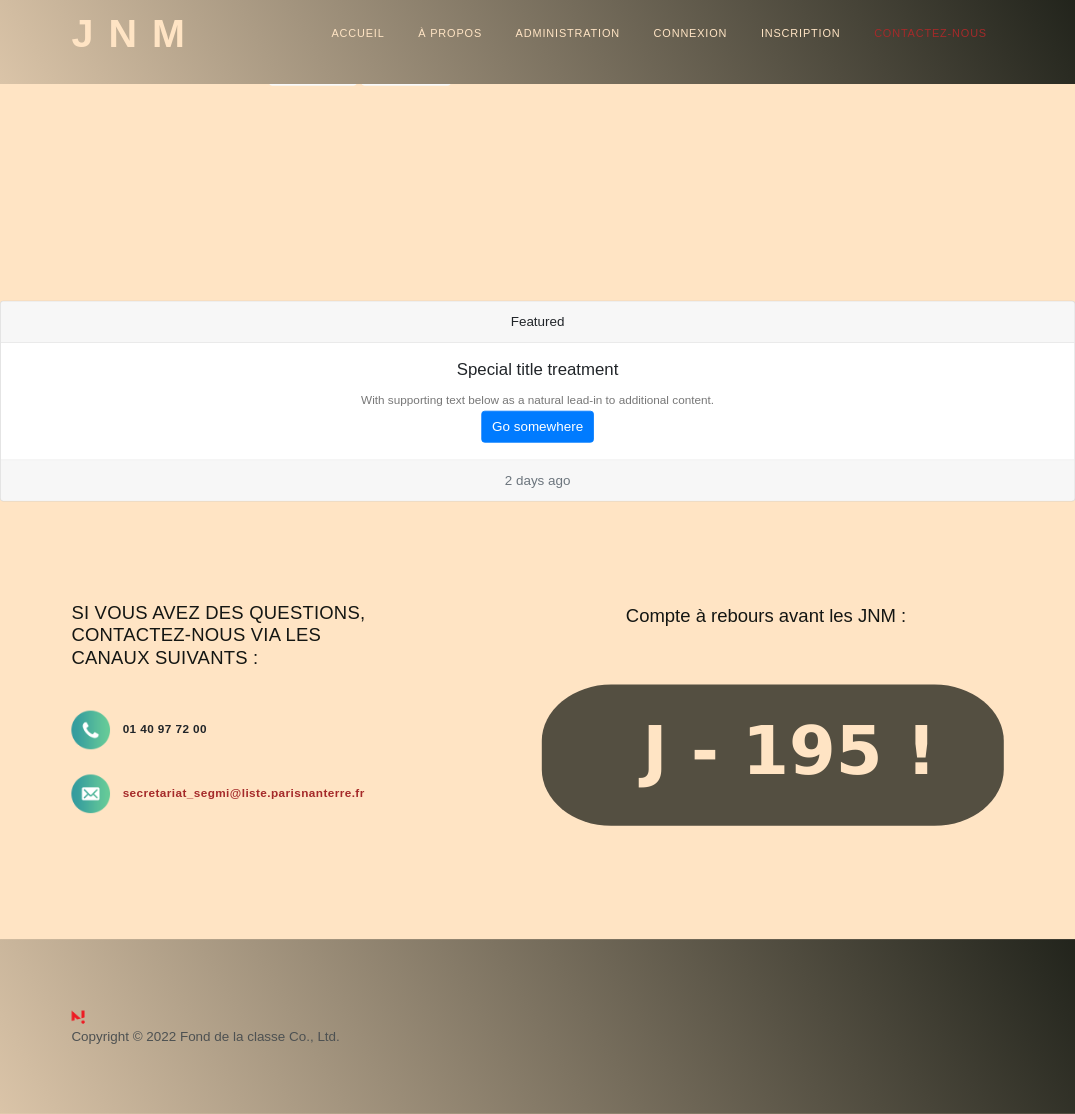
Repository: RiadNadri/ProjetWeb2022
Page: templates/Admin/admin.html.twig
An editor plug-in stored every save of this project. The page is shown before and after the next save, followed by the edit.
The browser window is 1280 px wide. The pictures show the whole page, at 84% of full size.
Some web fonts or font styles are not loaded; a fallback is used. The page is a Twig template of a Symfony application; nobody is signed in and links lead nowhere. The template is opened directly, without the code that normally fills it, so the values that code supplies are empty.

Above is the page before, as saved 2022-12-24 17:16:11.

### templates/Admin/admin.html.twig
{% extends 'base.html.twig' %}

{% block title %} Administration {% endblock %}


{% block body %}

<style>
    .buttonUser{
        margin-top: 5%;
        margin-bottom: 20%;
        margin-left: 25%;
    }
    .buttonPartenaire{
        margin-left:35%;
        font-size: xx-large;
    }
</style>

<div class="buttonUser">
    <div class="btn btn-light" >
        <a href="{{path('app_user')}}">Utilisateurs</a>
    </div>
    <div class="btn btn-light" >
        <a  href="{{path('app_partenaire')}}">Partenaires</a>
    </div>
</div>

<div class="card text-center">
  <div class="card-header">
    Featured
  </div>
  <div class="card-body">
    <h5 class="card-title">Special title treatment</h5>
    <p class="card-text">With supporting text below as a natural lead-in to additional content.</p>
    <a href="#" class="btn btn-primary">Go somewhere</a>
  </div>
  <div class="card-footer text-muted">
    2 days ago
  </div>
</div>
{% endblock %}

### templates/base.html.twig
<!DOCTYPE html>
<html>
    <head>
        <meta charset="UTF-8">
        <title>{% block title %}{% endblock %} - JNM</title>
        <meta name="viewport" content="width=device-width, initial-scale=1, shrink-to-fit=no">
        <meta name="description" content="">
        <meta name="author" content="">
        <link href="https://fonts.googleapis.com/css?family=Raleway:100,200,300,400,500,600,700,800,900&display=swap" rel="stylesheet">
        <link rel="shortcut icon" type= "image/png" href="{{ asset('img/favicon.png')}}" />

        {# Run `composer require symfony/webpack-encore-bundle` to start using Symfony UX #}

        <link rel="stylesheet" href="{{ asset('assets/css/bootstrap.min.css')}}">
        <link rel="stylesheet" href="{{ asset('assets/css/templatemo-breezed (1).css')}}">

        {% block stylesheets %}{% endblock %}

        {% block javascripts %}{% endblock %}
    </head>
    <body>

        <header class="header-area header-sticky">
        <div class="container">
            <div class="row">
                <div class="col-12">
                    <nav class="main-nav">
                        <!-- ***** Logo Start ***** -->
                        <a href="{{path('app_accueil')}}" class="logo">
                            JNM
                        </a>
                        <!-- ***** Logo End ***** -->
                        <!-- ***** Menu Start ***** -->
                        <ul class="nav">
                            <li class="scroll-to-section"><a href="{{path('app_accueil')}}" >Accueil</a></li>
                            <li class="scroll-to-section"><a href="#about">À propos</a></li>
                            <li class="scroll-to-section"><a href="{{path('app_admin')}}">Administration</a></li>
                            <li class="scroll-to-section"><a href="{{path('app_connexion')}}">Connexion</a></li>
                            {% if app.user %}
                                <li class="scroll-to-section"><a href="#réservation">Réservation</a></li>
                                <li class="scroll-to-section"><a href="{{path('app_profil')}}">Mon profil</a></li>
                                <li class="scroll-to-section"><a href="{{path('app_deconnexion')}}">Deconnexion</a></li>
                            {% else %}
                                <li class="scroll-to-section"><a href="{{path('app_inscription')}}">Inscription</a></li>
                            {% endif %}
                            <li class="scroll-to-section"><a href="#contact-us" class="active">Contactez-Nous</a></li>


                        </ul>

                        <!-- ***** Menu End ***** -->
                    </nav>
                </div>
            </div>
        </div>
    </header>

    {% block body %}
    <section class="section" id="about">
        <div class="container">
            <div class="row">
                <div class="col-lg-6 col-md-6 col-xs-12">
                    <div class="left-text-content">
                        <div class="section-heading">
                            <h6>À propos des Journées Nationales de la MIAGE</h6>
                            <h2>Certains de nos partenaires</h2>
                        </div>
                        <div class="row">
                            <div class="col-md-6 col-sm-6">
                                <div class="service-item">
                                    <a href="https://pepsi.fr/" rel ="nofollow noopener" target="_blank"> <img src="{{ asset('img/Pepsi-Logo-PNG-Pic.png')}}" alt=""> </a>
                                    <h4><a rel="nofollow noopener" href="https://pepsi.fr/" target="_blank">Pepsi</a></h4>
                                </div>
                            </div>
                            <div class="col-md-6 col-sm-6">
                                <div class="service-item">
                                    <a href="https://www.beinsports.com/france/" rel ="nofollow noopener" target="_blank"> <img src="{{ asset('img/Bein_sport_logo.png')}}" alt=""> </a>
                                    <h4><a rel="nofollow noopener" href="https://www.beinsports.com/france/" target="_blank">BeIn Sport</a></h4>
                                </div>
                            </div>
                            <div class="col-md-6 col-sm-6">
                                <div class="service-item">
                                    <a href="https://www.canalplus.com/" rel ="nofollow noopener" target="_blank"> <img src="{{ asset('img/canal-logo-png-transparent.png')}}" alt=""> </a>
                                    <h4><a rel="nofollow noopener" href="https://www.canalplus.com/" target="_blank">Canal +</a></h4>
                                </div>
                            </div>
                            <div class="col-md-6 col-sm-6">
                                <div class="service-item">
                                    <a href="https://www.wwf.fr/" rel ="nofollow noopener" target="_blank"> <img src="{{ asset('img/panda.png')}}" alt=""> </a>
                                    <h4><a rel="nofollow noopener" href="https://www.wwf.fr/" target="_blank">WWF</a></h4>
                                </div>
                            </div>
                            <div class="col-md-12">
                                <a href="#" class="main-button-icon">
                                    En savoir plus
                                </a>
                            </div>
                        </div>
                    </div>
                </div>
                <div class="col-lg-6 col-md-6 col-xs-12">
                    <div class="right-text-content">
                        <p>Les Journées Nationales de la Miage sont organisées par <a rel="nofollow noopener" href="https://www.parisnanterre.fr/" target="_blank">L'Université Paris Nanterre</a> en 2023.
                        <br><br>Du 01/06/2023 au 04/06/2023 venez participer aux Journées Nationales de la MIAGE aux portes de Paris sur le campus de Nanterre. Retrouvez-y toutes les MIAGE de France pour partager un bon moment.
                      <br><br>Prenez part aux différentes activités et profitez-en pour élargir votre réseau miagiste !</p>
                    </div>
                </div>
            </div>
        </div>
    </section>

    <section class="section" id="features">
        <div class="container">
            <div class="row">
                <div class="col-lg-4 col-md-6 col-sm-12 col-xs-12" data-scroll-reveal="enter left move 30px over 0.6s after 0.4s">
                    <div class="features-item">
                        <div class="features-icon">
                            <img src="{{ asset('img/Icone.png')}}" height="30px" width="30px" alt="">
                        </div>
                        <div class="features-content">
                            <h4>Le campus de Nanterre</h4>
                            <p>Situé à proximité du quartier d'affaires da La Défense, le campus de Nanterre s'étend sur 30 hectares.<br> Chaque année, il accueille plus de 40 000 étudiants et met à leur disposition divers types d'infrastructures permettant de pratiquer des activités sportives et culturelles !</p>
                            <a href="https://www.parisnanterre.fr/" target="_blank" class="text-button-icon">
                                En savoir plus
                            </a>
                        </div>
                    </div>
                </div>
                <div class="col-lg-4 col-md-6 col-sm-12 col-xs-12" data-scroll-reveal="enter bottom move 30px over 0.6s after 0.4s">
                    <div class="features-item">
                        <div class="features-icon">
                            <img src="{{ asset('img/miage.png')}}" height="30px" width="30px" alt="">
                        </div>
                        <div class="features-content">
                            <h4>La Miage de Nanterre</h4>
                            <p>Intégrée au sein de l'Unité de Formation et de Recherche
                                <a href="https://ufr-segmi.parisnanterre.fr/" rel="nofollow noopener" target="_blank">
                                SEGMI
                                </a> au bâtiment Allais (G), la MIAGE de Nanterre</p>
                            <a href="https://miage.parisnanterre.fr/" class="text-button-icon">
                                En savoir plus
                            </a>
                        </div>
                    </div>
                </div>
                <div class="col-lg-4 col-md-6 col-sm-12 col-xs-12" data-scroll-reveal="enter right move 30px over 0.6s after 0.4s">
                    <div class="features-item">
                        <div class="features-icon">
                            <img src="{{ asset('img/eiffel.png')}}" height="50px" width="50px"alt="">
                        </div>
                        <div class="features-content">
                            <h4>Le séjour à Paris</h4>
                            <p>Vous pourrez profiter d'ếtre aux portes de Paris pour visiter la capitale. La ligne du RER A vous permettra de rejoindre le centre-ville en moins de 30 minutes.<br> Allez explorer le 1er arrondissement riche en culture, ou manger dans l'un des 18 000 restaurants parisiens !</p>
                            <a href="https://www.parisinfo.com/visiter-a-paris" class="text-button-icon">
                                En savoir plus
                            </a>
                        </div>
                    </div>
                </div>
            </div>
        </div>
    </section>
    {% endblock %}


    <!-- ***** Contact Us Area Starts ***** -->
    <section class="section" id="contact-us">
        <div class="container">
            <div class="row">
                <div class="col-lg-4 col-md-4 col-xs-12">
                    <div class="left-text-content">
                        <div class="section-heading">
                            <h6>Si vous avez des questions, Contactez-nous via les canaux suivants :</h6>
                        </div>
                        <ul class="contact-info">
                            <li><img src="{{ asset('img/contact-info-01.png')}}" alt="">01 40 97 72 00</li>
                            <li><img src="{{ asset('img/contact-info-02.png')}}" alt=""><a href="mailto:secretariat_segmi@liste.parisnanterre.fr">secretariat_segmi@liste.parisnanterre.fr</a></li>
                        </ul>
                    </div>
                </div>

                <div class="col-lg-8 col-md-6 col-xs-12">
                    <div class="section-heading">
                        <h7>Compte à rebours avant les JNM :</h7>
                    </div>
                    <div class="cpt">

                        <label id="Compte"></label>
                            <script type="text/javascript" >
                                var Affiche=document.getElementById("Compte");
                                function Rebour() {
                                 var date1 = new Date();
                                 var date2 = new Date ("Jun 1, 2023 00:00:00");
                                 var sec = (date2 - date1) / 1000;
                                 var n = 24 * 3600;
                                 if (sec > 0) {
                                        j = Math.floor (sec / n);
                                        Affiche.innerHTML = "J - " + j + " !";
                                 }
                                 tRebour=setTimeout ("Rebour();", 1000);
                                }
                             Rebour();
                            </script>

                    </div>
                </div>

            </div>
        </div>
    </section>


    </body>


    <!-- ***** Footer Start ***** -->
    <footer>
        <div class="container">
            <div class="row">
                <div class="col-lg-6 col-xs-12">
                    <div class="left-text-content">
                        <a rel="nofollow noopener" href="https://www.parisnanterre.fr/" target="_blank"><img src="{{ asset('img/Icone.png')}}" alt=""><br>Copyright &copy; 2022 Fond de la classe Co., Ltd. </a>
                    </div>
                </div>

            </div>
        </div>
    </footer>
</html>

Loaded but not shown: public/assets/css/bootstrap.min.css (library); public/assets/css/templatemo-breezed (1).css (908 lines, source omitted)

After the next save:
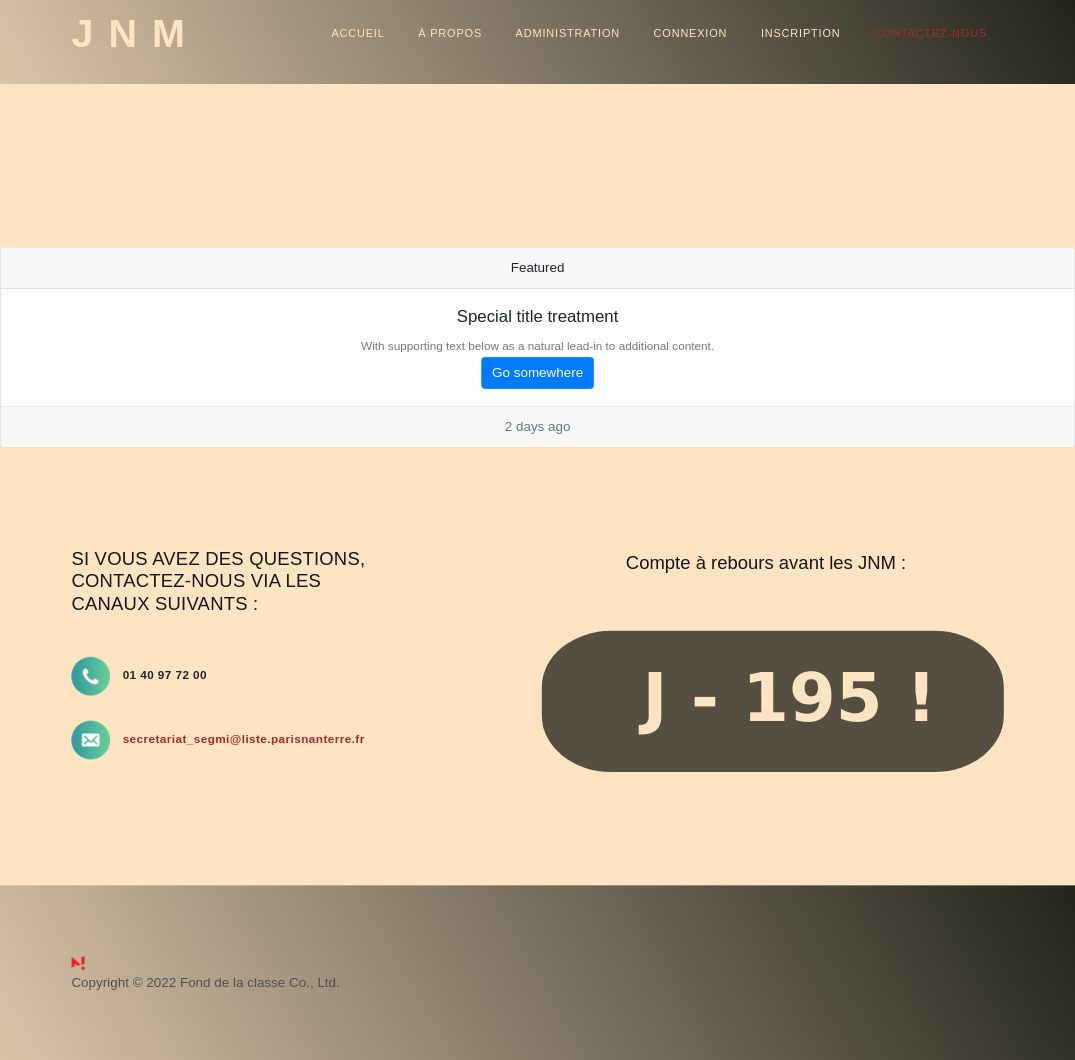
Saved 9 s later.
--- a/templates/Admin/admin.html.twig
+++ b/templates/Admin/admin.html.twig
@@ -7,7 +7,7 @@
 
 <style>
     .buttonUser{
-        margin-top: 5%;
+        margin-top: 0%;
         margin-bottom: 20%;
         margin-left: 25%;
     }
